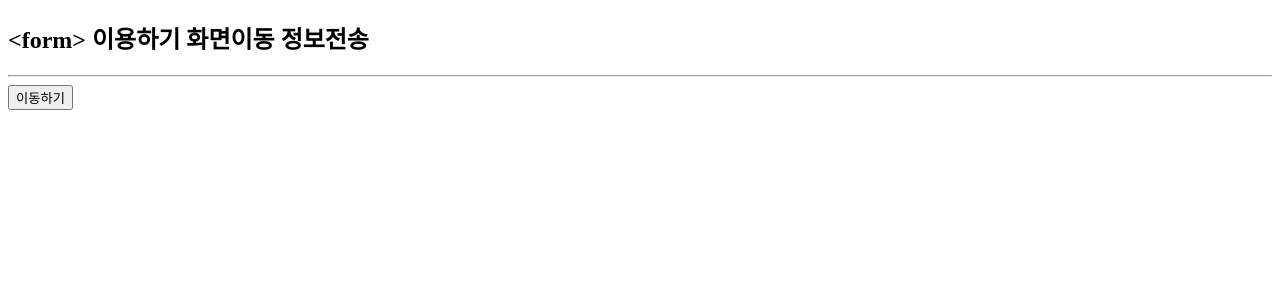
Repository: hyunh84/jsp_study
Page: http://localhost/Day02/j05_form01.jsp
These files come from the project's save history. The page is drawn as it stood at one moment and after the next save; the edit follows.
The browser window is 1280 px wide. The pictures show the whole page.
The page is served by Tomcat 9.

Above is the page before, as saved 2015-09-06 02:40:55.

After the next save:
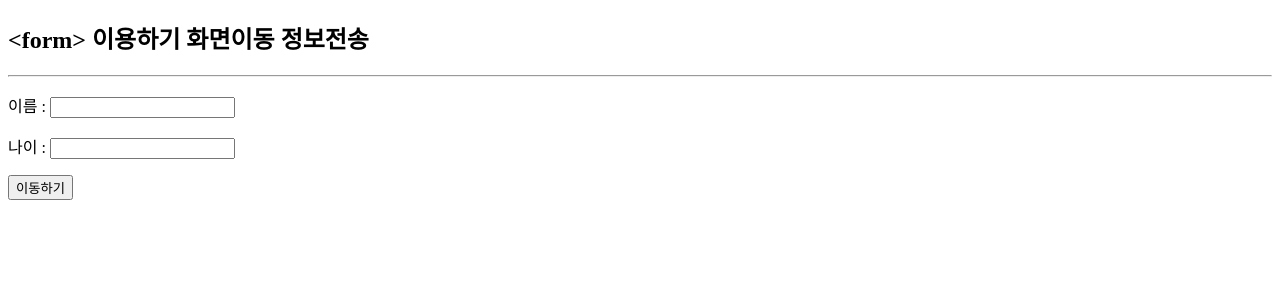
Saved 84 s later.
--- a/MyWorks/Day02/WebContent/j05_form01.jsp
+++ b/MyWorks/Day02/WebContent/j05_form01.jsp
@@ -25,7 +25,12 @@
 	 --%>
 
 	 <form action="/Day02/j05_form02.jsp" method="">
-
+		<p>
+			이름 : <input type="text" />
+		</p>
+		<p>
+			나이 : <input type="text" />
+		</p>
 		<input type="submit" value="이동하기" />
 
 	 </form>
